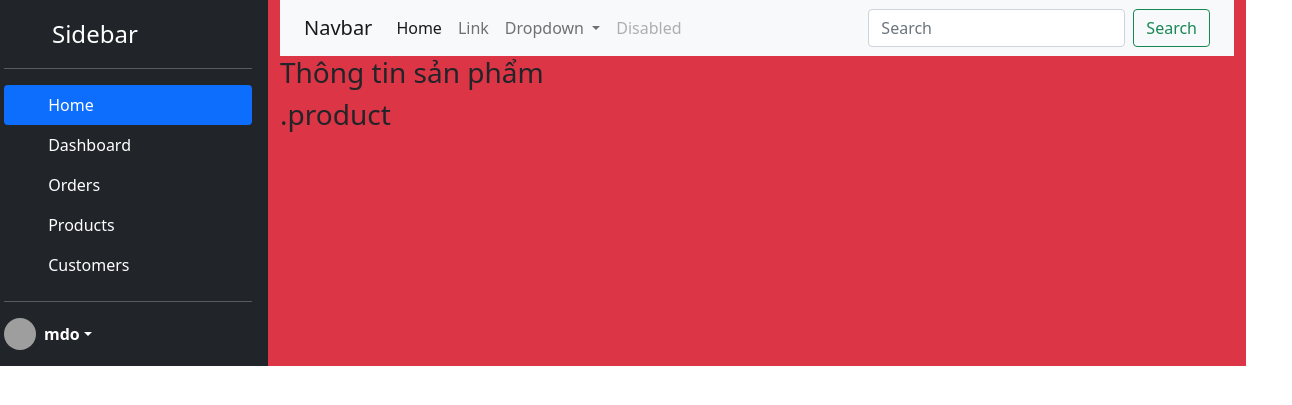
Repository: Lehuyhuynh/BT12-BOOTSTRAP
Page: index.html
The author's editor kept a copy of each file at every save. The page is drawn from the files as they stood at one save, then again after the next save.
The browser window is 1280 px wide. The page is 1292 px wide, so the pictures cover 1292 px, including what lies to the right of the window. The pictures show the whole page.
Pictures or frames that could not be fetched are drawn as grey boxes.

Above is the page before, as saved 2023-08-19 22:07:14.

After the next save:
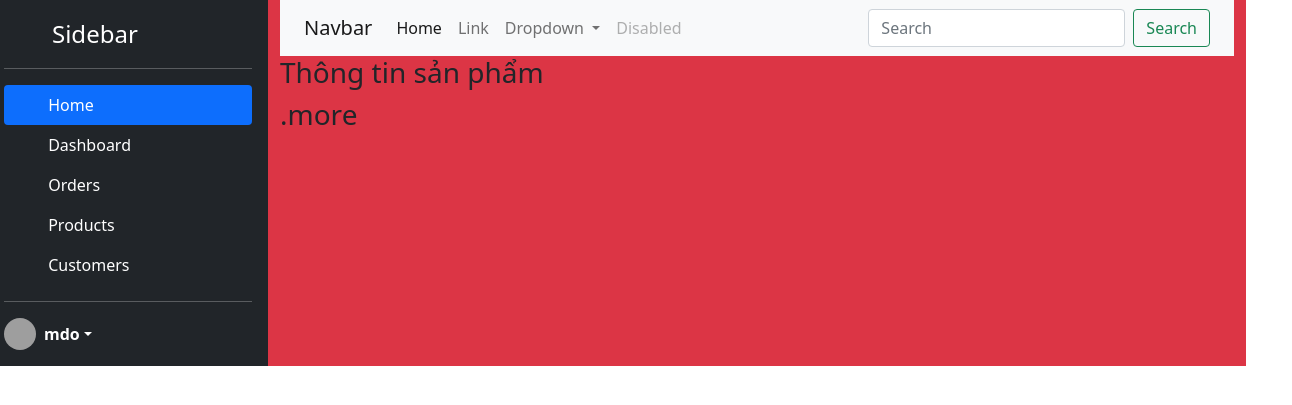
Saved 4 s later.
--- a/index.html
+++ b/index.html
@@ -102,7 +102,7 @@
 
         <h3>Thông tin sản phẩm<h3>
 
-          .product
+          .more
 
 
 
